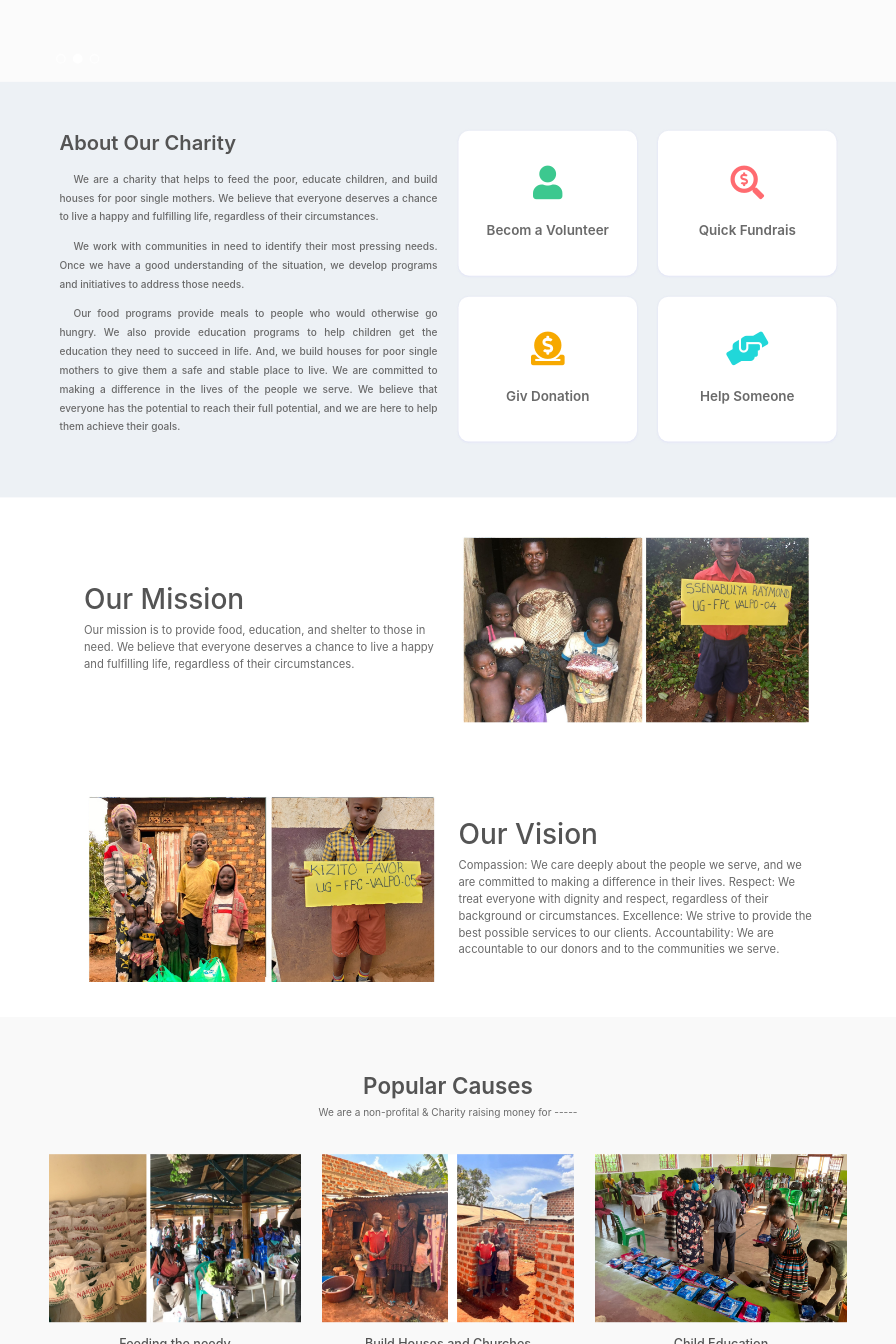
Repository: kluivert-ssali/Zziwa
Page: index.html
An editor plug-in stored every save of this project. The page is shown before and after the next save, followed by the edit.
The browser window is 1280 px wide. The pictures show the part of the page from y = 837 to 2757 px (the page is 5257 px tall before and 5315 px after), at 70% of full size.
A picture or video elsewhere on the page could not be fetched, so the positions and the page height are approximate. Backgrounds fixed to the window are drawn as part of the page.

Above is the page before, as saved 2023-11-24 19:24:00.

After the next save:
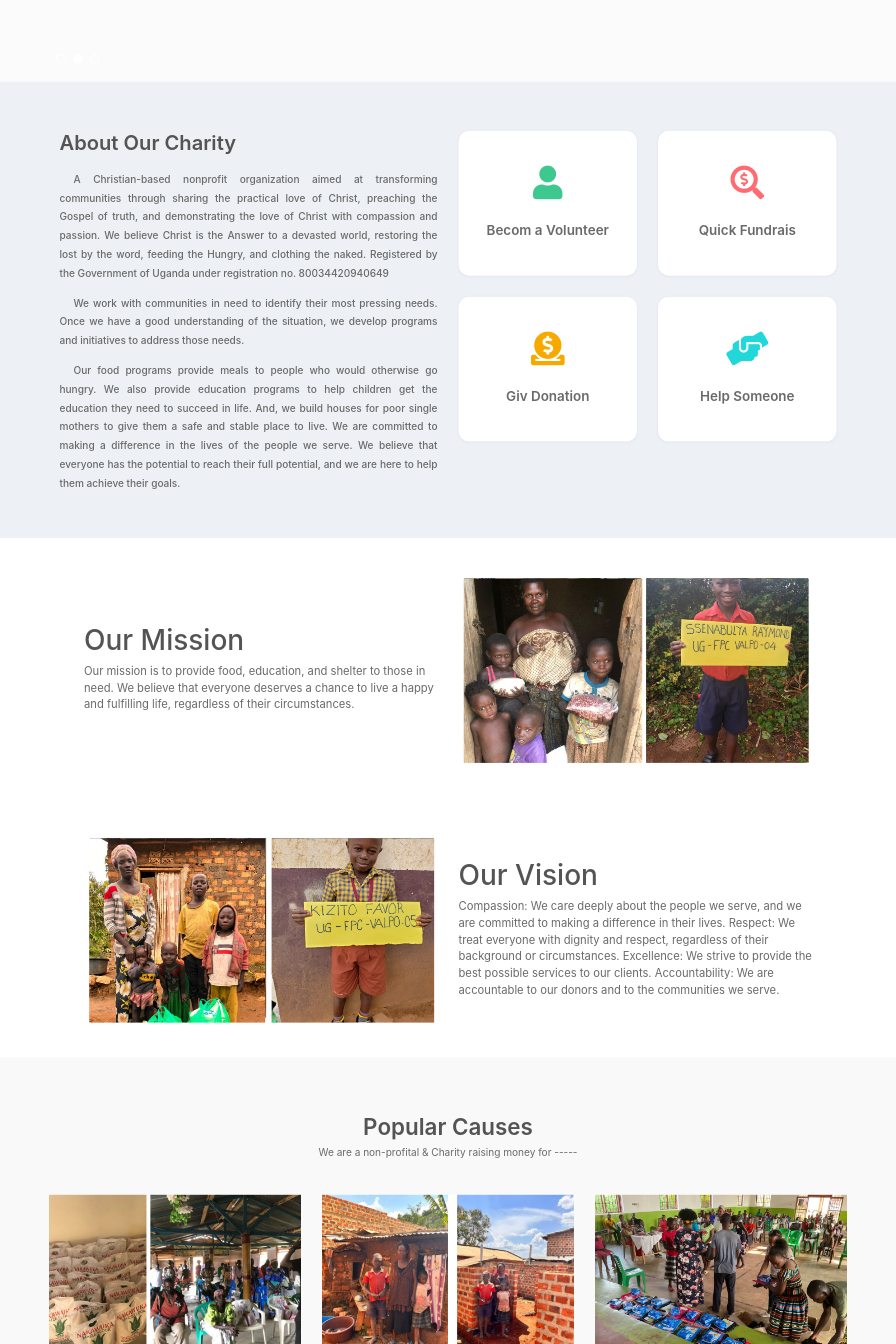
Saved 4 min 41 s later.
--- a/index.html
+++ b/index.html
@@ -190,10 +190,13 @@
           <div class="text-part col-md-6">
             <h2>About Our Charity</h2>
             <p>
-              We are a charity that helps to feed the poor, educate children,
-              and build houses for poor single mothers. We believe that everyone
-              deserves a chance to live a happy and fulfilling life, regardless
-              of their circumstances.
+              A Christian-based nonprofit organization aimed at transforming
+              communities through sharing the practical love of Christ,
+              preaching the Gospel of truth, and demonstrating the love of
+              Christ with compassion and passion. We believe Christ is the
+              Answer to a devasted world, restoring the lost by the word,
+              feeding the Hungry, and clothing the naked. Registered by the
+              Government of Uganda under registration no. 80034420940649
             </p>
             <p>
               We work with communities in need to identify their most pressing
